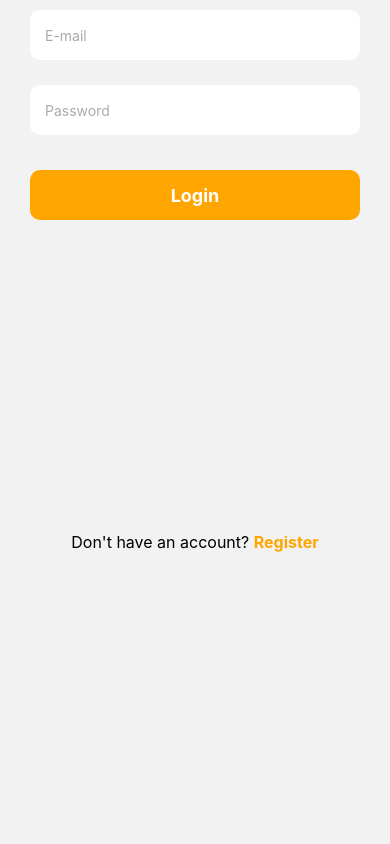
Repository: ds-mbappe/UpShoCal
Screen: /
An editor plug-in stored every save of this project. The screen is shown before and after the next save, followed by the edit.
The app was drawn by React Native's web renderer in a window 390 px wide. The project was rebuilt for these pictures with package versions that can differ from the ones it lists, and the page was loaded fresh each time. Also part of the build but not shown: data.js, Screens/Home.js, Screens/Product.js, Screens/Registration.js.

Above is the screen before, as saved 2022-06-07 13:27:43.

After the next save:
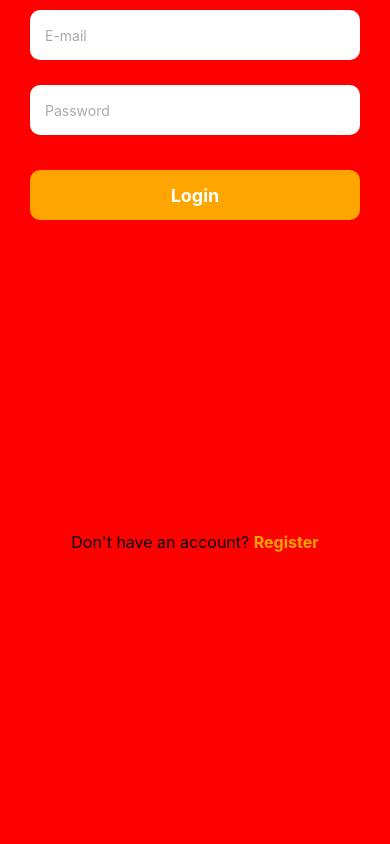
Saved 13 s later.
--- a/Screens/Login.js
+++ b/Screens/Login.js
@@ -25,7 +25,7 @@ const Login = ({ navigation }) => {
     <View style={styles.container}>
       <ScrollView
         style={{ flex: 1, width: "100%" }}
-        contentContainerStyle={{ flex: 1 }}
+        contentContainerStyle={{ backgroundColor: "red", flex: 1 }}
       >
         <TextInput
           style={styles.input}
